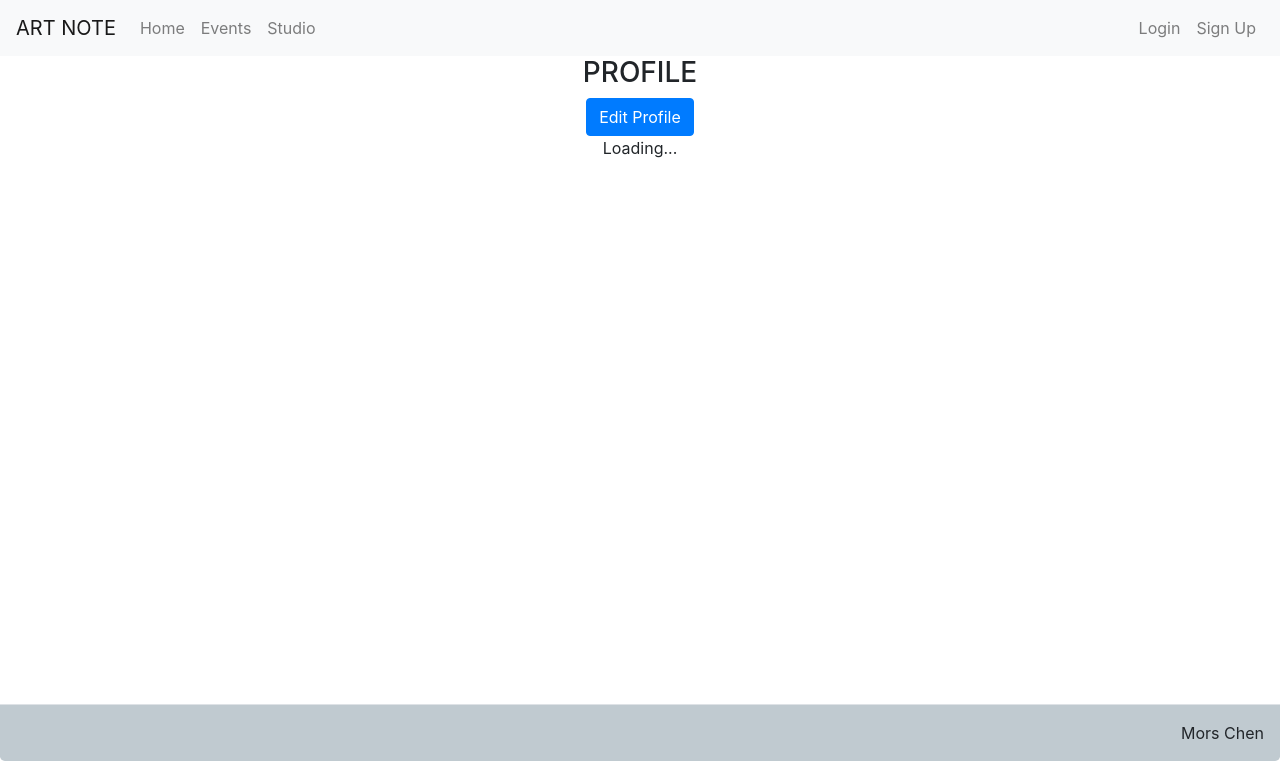
Repository: MorsChen/Final-Client
Page: /profile (app in client-app/)
These files come from the project's save history. The page is drawn as it stood at one moment and after the next save; the edit follows.
The browser window is 1280 px wide. The pictures show the whole page.
The page's requests for data from a server got no answer. The project was rebuilt for these pictures with package versions that can differ from the ones it lists, and the page was loaded fresh each time. No one was signed in, and anything a server would have sent is missing. Also part of the build but not shown: client-app/src/page/Home.js, client-app/src/page/SignUp.js, client-app/src/page/Login.js.

Above is the page before, as saved 2019-10-01 15:37:26.

After the next save:
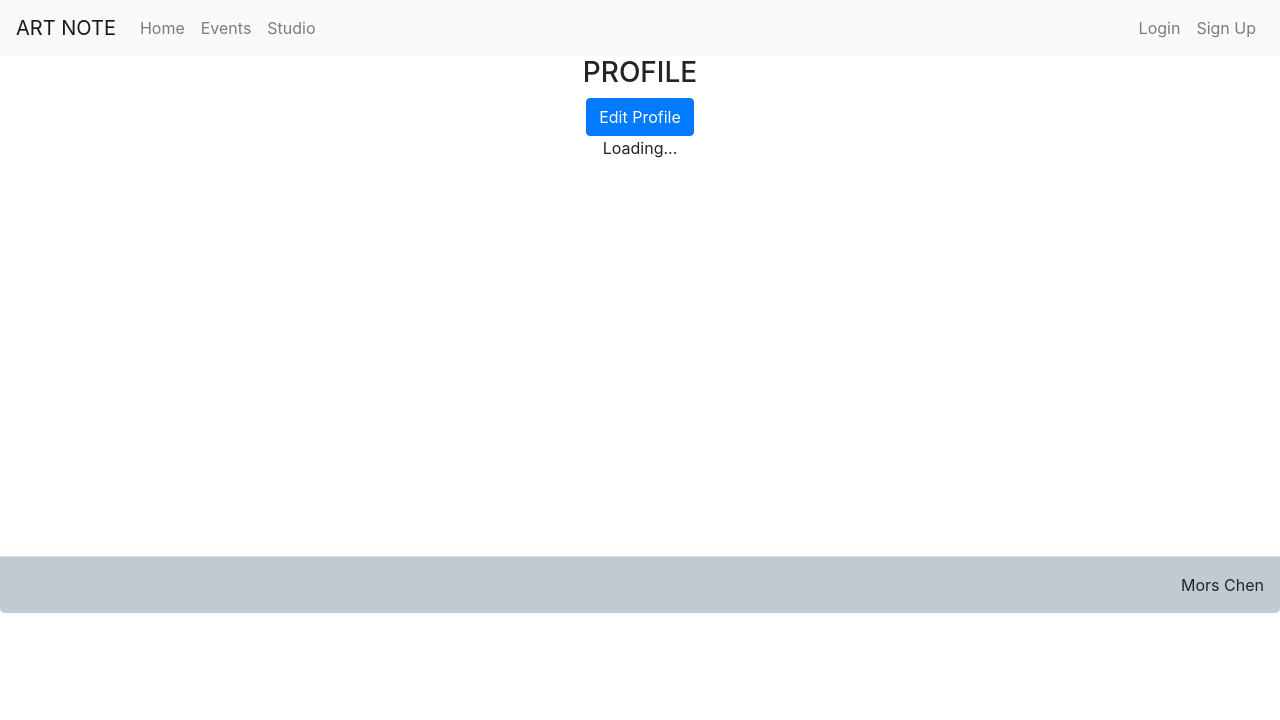
Saved 29 s later.
--- a/client-app/src/App.css
+++ b/client-app/src/App.css
@@ -88,7 +88,7 @@
 .FullContent {
   display: flex;
   width: 100vw;
-  height: 90vh;
+  height: 500px;
   text-align: center;
   align-items: center;
   flex-direction: column;
